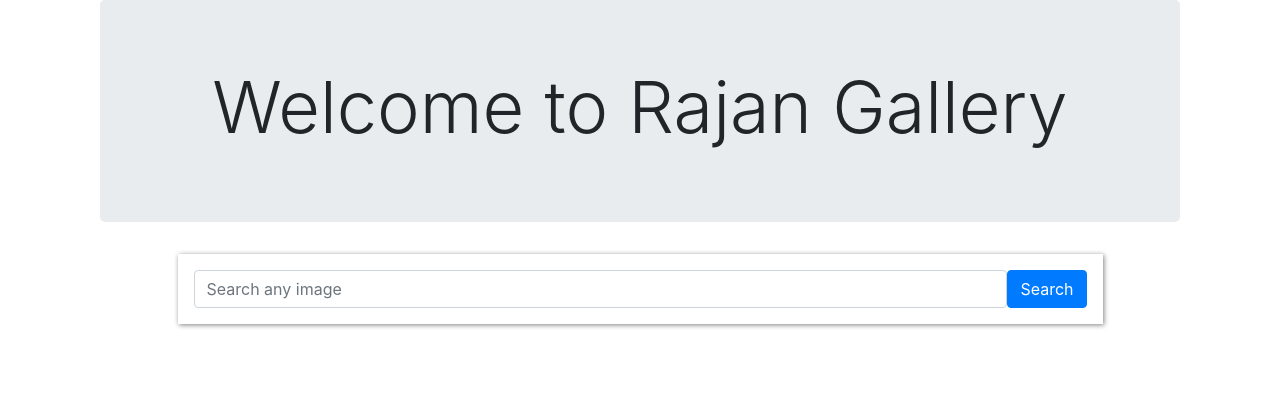
Repository: the-manohar/gallery
Page: /
These files come from the project's save history. The page is drawn as it stood at one moment and after the next save; the edit follows.
The browser window is 1280 px wide. The pictures show the whole page.
The project was rebuilt for these pictures with package versions that can differ from the ones it lists, and the page was loaded fresh each time.

Above is the page before, as saved 2020-06-19 00:24:23.

After the next save:
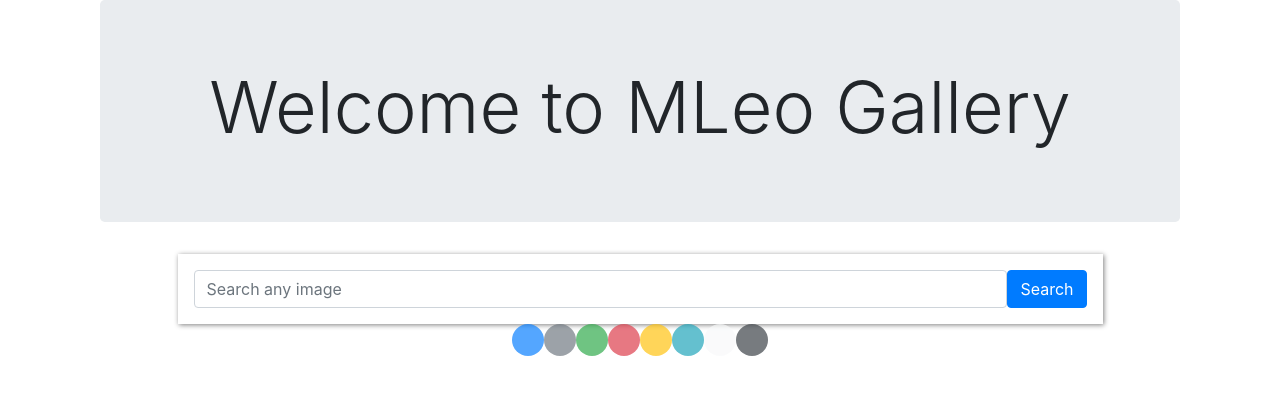
Saved 6 min 50 s later.
--- a/src/App.js
+++ b/src/App.js
@@ -19,7 +19,7 @@ function App() {
     <div className="container App">
       <div className="col-md-12 col-sm-10 col-xs-12">
         <Jumbotron>
-          <h1 className="display-3">Welcome to Rajan Gallery</h1>
+          <h1 className="display-3">Welcome to MLeo Gallery</h1>
         </Jumbotron>
       </div>
       <div className="d-flex p-3 mx-auto mydiv col-sm-12 col-md-10 col-xs-3 ">
@@ -34,23 +34,32 @@ function App() {
           Search
         </Button>
       </div>
-      {
-        result.length > 0 ? (
-          <div className="col-sm-12">
-            {result.map((item) => {
-              return (
-                <img
-                  className=" img-thumbnail"
-                  key={item.id}
-                  src={item.urls.small}
-                  alt={item.urls.small}
-                />
-              );
-            })}
-          </div>
-        ) : null
+      {result.length > 0 ? (
+        <div className="col-sm-12">
+          {result.map((item) => {
+            return (
+              <img
+                className=" img-thumbnail"
+                key={item.id}
+                src={item.urls.small}
+                alt={item.urls.small}
+              />
+            );
+          })}
+        </div>
+      ) : (
         // <Spinner style={{ width: "3rem", height: "3rem" }} />
-      }
+        <div>
+          <Spinner type="grow" color="primary" />
+          <Spinner type="grow" color="secondary" />
+          <Spinner type="grow" color="success" />
+          <Spinner type="grow" color="danger" />
+          <Spinner type="grow" color="warning" />
+          <Spinner type="grow" color="info" />
+          <Spinner type="grow" color="light" />
+          <Spinner type="grow" color="dark" />
+        </div>
+      )}
     </div>
   );
 }
